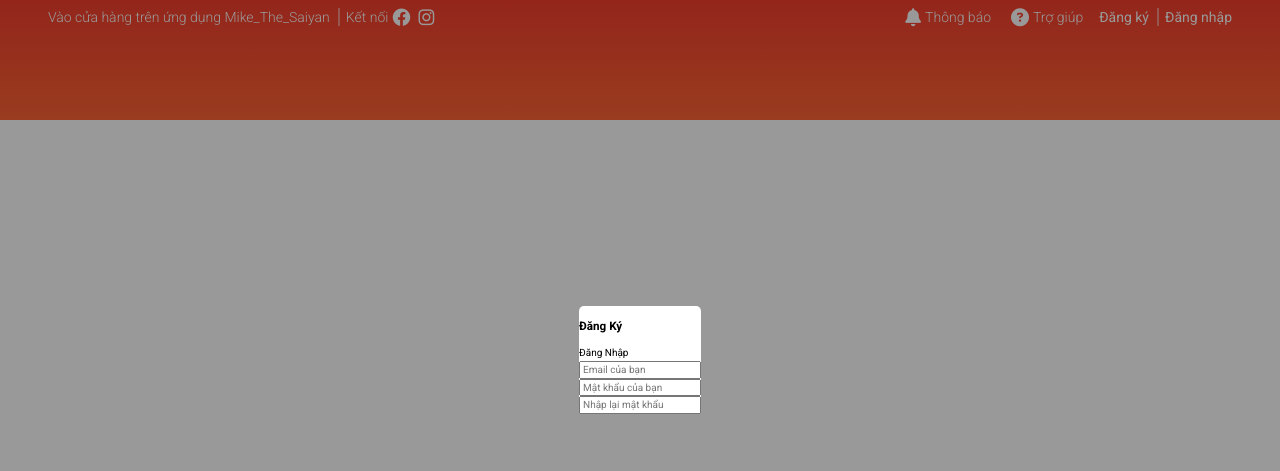
Repository: thefellowshiplotr/project_shopee
Page: index.html
These files come from the project's save history. The page is drawn as it stood at one moment and after the next save; the edit follows.
The browser window is 1280 px wide. The pictures show the whole page.

Above is the page before, as saved 2022-11-07 13:42:51.

### index.html
<!DOCTYPE html>
<html lang="en">
  <head>
    <meta charset="UTF-8" />
    <meta http-equiv="X-UA-Compatible" content="IE=edge" />
    <meta name="viewport" content="width=device-width, initial-scale=1.0" />
    <title>Shopee</title>
    <link
      rel="stylesheet"
      href="https://cdnjs.cloudflare.com/ajax/libs/normalize/8.0.1/normalize.min.css"
      integrity="sha512-NhSC1YmyruXifcj/KFRWoC561YpHpc5Jtzgvbuzx5VozKpWvQ+4nXhPdFgmx8xqexRcpAglTj9sIBWINXa8x5w=="
      crossorigin="anonymous"
      referrerpolicy="no-referrer"
    />
    <link rel="preconnect" href="https://fonts.googleapis.com" />
    <link rel="preconnect" href="https://fonts.gstatic.com" crossorigin />
    <link
      href="https://fonts.googleapis.com/css2?family=Roboto:wght@300;400;500;700&display=swap"
      rel="stylesheet"
    />
    <link rel="stylesheet" href="./assets/css/base.css" />
    <link rel="stylesheet" href="./assets/css/main.css" />
    <link
      rel="stylesheet"
      href="./assets/fonts/fontawesome-free-6.2.0-web/fontawesome-free-6.2.0-web/css/all.min.css"
    />
  </head>
  <body>
    <div class="wrapper">
      <header class="header">
        <div class="grid">
          <nav class="header__navbar">
            <ul class="header__navbar-list">
              <li
                class="header__navbar-item header__navbar-item-has-qr header__navbar-item--separate"
              >
                Vào cửa hàng trên ứng dụng Mike_The_Saiyan

                <!-- Header QR -->
                <div class="header__qr">
                  <img
                    src="./assets/img/QR-shopee.png"
                    alt="QR code"
                    class="header__qr-img"
                  />
                  <div class="header__qr-apps">
                    <a href="" class="header__qr-link">
                      <img
                        src="./assets/img/appstore.png"
                        alt="Appstore"
                        class="header__qr-download-img"
                      />
                    </a>
                    <a href="" class="header__qr-link">
                      <img
                        src="./assets/img/google-play.png"
                        alt="Google Play"
                        class="header__qr-download-img"
                      />
                    </a>
                    <!-- <a href="" class="header__qr-link">
                      <img
                        src="./assets/img/app-galery.png"
                        alt="App Galary"
                        class="header__qr-download-img"
                      />
                    </a> -->
                  </div>
                </div>
              </li>
              <li class="header__navbar-item">
                <span class="header__navbar-title--no-pointer">Kết nối</span>
                <a href="" class="header__navbar-icon-link"
                  ><i class="header__navbar-icon fa-brands fa-facebook"></i
                ></a>
                <a href="" class="header__navbar-icon-link"
                  ><i class="header__navbar-icon fa-brands fa-instagram"></i
                ></a>
              </li>
            </ul>
            <ul class="header__navbar-list">
              <li class="header__navbar-item header__navbar-item--has-notify">
                <a href="" class="header__navbar-item-link">
                  <i class="header__navbar-icon fa-solid fa-bell"></i>
                  Thông báo
                </a>
                <div class="header__notify">
                  <header class="header__notify-header">
                    <h3>Thông báo mới nhận</h3>
                  </header>
                  <ul class="header__notify-list">
                    <li class="header__notify-item header__notify-item--viewed">
                      <a href="" class="header__notify-link">
                        <img
                          src="https://cdn.abphotos.link/photos/resized/200x120/83-1625652146-myphamohui-lgvina.png"
                          alt=""
                          class="header__notify-img"
                        />
                        <div class="header__notify-info">
                          <span class="header__notify-name"
                            >Xác thực chính hãng nguồn gốc các sản phẩm
                            Ohui</span
                          >
                          <span class="header__notify-description"
                            >Hiddentag là giải pháp xác thực hàng chính hãng
                            bằng công nghệ tiên tiến nhất hiện nay</span
                          >
                        </div>
                      </a>
                    </li>
                    <li class="header__notify-item header__notify-item--viewed">
                      <a href="" class="header__notify-link">
                        <img
                          src="https://cdn.abphotos.link/photos/resized/200x120/1653708536-php4dvzf5.png"
                          alt=""
                          class="header__notify-img"
                        />
                        <div class="header__notify-info">
                          <span class="header__notify-name"
                            >Kem trắng da Ohui có tốt không? Review kem dưỡng
                            trắng da OHUI Extreme White chi tiết</span
                          >
                          <span class="header__notify-description"
                            >Sản phẩm là sự lựa chọn hoàn hảo cho các quý cô
                            đang gặp vấn đề nám, tàn nhang, thâm sạm,…</span
                          >
                        </div>
                      </a>
                    </li>
                    <li class="header__notify-item header__notify-item--viewed">
                      <a href="" class="header__notify-link">
                        <img
                          src="https://cdn.abphotos.link/photos/resized/200x120/1653706577-phpmugy75.png"
                          alt=""
                          class="header__notify-img"
                        />
                        <div class="header__notify-info">
                          <span class="header__notify-name"
                            >Review kem chống nắng OHUI cho da dầu - OHUI Day
                            Shield Perfect Sun Black</span
                          >
                          <span class="header__notify-description"
                            >Sản phẩm kem chống nắng OHUI Perfect Sun Black
                            chống nước có thể sử dụng đi bơi hoặc hoạt động
                            ngoài trời.</span
                          >
                        </div>
                      </a>
                    </li>
                  </ul>
                  <footer class="header__notify-footer">
                    <a href="" class="header__notify-footer-btn">Xem tất cả</a>
                  </footer>
                </div>
              </li>
              <li class="header__navbar-item">
                <a href="" class="header__navbar-item-link">
                  <i
                    class="header__navbar-icon fa-solid fa-circle-question"
                  ></i>
                  Trợ giúp
                </a>
              </li>
              <li
                class="header__navbar-item header__navbar-item--strong header__navbar-item--separate"
              >
                Đăng ký
              </li>
              <li class="header__navbar-item header__navbar-item--strong">
                Đăng nhập
              </li>
            </ul>
          </nav>
        </div>
      </header>

      <div class="container"></div>

      <footer class="footer"></footer>
    </div>

    <!-- Modal Layout -->

    <div class="modal">
      <div class="modal__overlay"></div>
      <div class="modal__body">
        <div class="modal__inner">
          <!-- Authen form -->

          <div class="auth-form">
            <div class="auth-form__header">
              <h3 class="auth-form__heading">Đăng Ký</h3>
              <span class="auth-form__switch-btn">Đăng Nhập</span>
            </div>

            <div class="auth-form__form">
              <div class="auth-form__group">
                <input
                  type="text"
                  class="auth-form__input"
                  placeholder="Email của bạn"
                />
              </div>
              <div class="auth-form__group">
                <input
                  type="password"
                  class="auth-form__input"
                  placeholder="Mật khẩu của bạn"
                />
              </div>
              <div class="auth-form__group">
                <input
                  type="password"
                  class="auth-form__input"
                  placeholder="Nhập lại mật khẩu"
                />
              </div>
            </div>
          </div>
        </div>
      </div>
    </div>
  </body>
</html>

### assets/css/base.css
:root {
  --primary-color: #ee4d2d;
  --white-color: #fff;
  --black-color: #000;
  --text-color: #333;
}

* {
  box-sizing: inherit;
}

html {
  font-size: 62.5%; /* Sử dụng kĩ thuật HACK*/
  line-height: 1.6rem;
  font-family: "Roboto", sans-serif;
  box-sizing: border-box;
}

.grid {
  width: 1200px;
  max-width: 100%;
  margin: 0 auto;
}

.grid__full-width {
  width: 100%;
}

.grid__row {
  display: flex;
  flex-wrap: wrap;
}

/* Animation */
@keyframes fadeIn {
  from {
    opacity: 0;
  }
  to {
    opacity: 1;
  }
}

/* Modal */
.modal {
  position: fixed;
  top: 0;
  right: 0;
  bottom: 0;
  left: 0;
  display: flex;
}

.modal__overlay {
  position: absolute;
  width: 100%;
  height: 100%;
  background-color: rgba(0, 0, 0, 0.4);
}

.modal__body {
  background-color: var(--white-color);
  margin: auto;
  position: relative;
  z-index: 1;
  border-radius: 5px;
}

### assets/css/main.css
.header {
  height: 120px;
  background-image: linear-gradient(0, #fe6433, #f53e2d);
}

.header__navbar {
  display: flex;
  justify-content: space-between;
  align-items: center;
}

.header__navbar-list {
  list-style: none;
  padding-left: 0;
  margin-top: 4px;
  display: flex; /* thêm */
  align-items: center;
}

.header__navbar-item {
  margin: 0 8px;
  position: relative;
  min-height: 25px;
}

.header__navbar-item-has-qr:hover .header__qr {
  display: block;
}

.header__navbar-item--has-notify:hover .header__notify {
  display: block;
}

.header__navbar-item,
.header__navbar-item-link {
  display: inline-block;
  font-size: 1.4rem;
  color: var(--white-color);
  text-decoration: none;
  font-weight: 300;
}

.header__navbar-item,
.header__navbar-item-link,
.header__navbar-icon-link {
  display: inline-flex;
  align-items: center;
}

.header__navbar-item:hover,
.header__navbar-item-link:hover,
.header__navbar-icon-link:hover {
  cursor: pointer;
  color: rgba(255, 255, 255, 0.7);
}

.header__navbar-item--strong {
  font-weight: 400;
}

.header__navbar-item--separate::after {
  content: "";
  display: block;
  position: absolute;
  border: 1px solid #fb9086;
  height: 16px;
  right: -10px;
  top: 50%;
  transform: translateY(-50%);
}

.header__navbar-icon-link {
  color: var(--white-color);
  text-decoration: none;
}

.header__navbar-icon {
  font-size: 1.8rem;
  margin: 0 4px;
}

.header__navbar-title--no-pointer {
  cursor: text;
  color: var(--white-color);
}

/* Header QR code*/
.header__qr {
  width: 186px;
  background-color: var(--white-color);
  position: absolute;
  left: 0;
  top: 118%; /* làm cho nó cao bằng 100% chiều cao của thằng chứa nó*/
  padding: 8px;
  border-radius: 2px;
  display: none;
  animation: fadeIn ease-in 0.4s;
}

.header__qr::before {
  position: absolute;
  left: 0;
  top: -16px;
  width: 100%;
  height: 20px;
  content: "";
  display: block;
}

.header__qr-img {
  width: 100%;
}

.header__qr-apps {
  display: flex;
  justify-content: space-between;
  flex-wrap: wrap;
  margin-top: 5px;
}

.header__qr-link:nth-child(1) {
  margin-left: 9px;
}

.header__qr-link:nth-child(2) {
  margin-right: 9px;
}
.header__qr-link:nth-child(3) {
  margin-left: 8px;
  margin-top: 8px;
}

.header__qr-download-img {
  height: 16px;
}

/* header notification */

.header__notify {
  position: absolute;
  margin-top: 5px;
  top: 100%;
  width: 404px;
  right: 0;
  border: 1px solid #d3d3d3;
  background-color: var(--white-color);
  cursor: default;
  transform-origin: calc(100% - 20px) top;
  animation: headerNotifyGrowth ease-in 0.2s;
  will-change: opacity, transform;
  display: none;
}

.header__notify::before {
  content: "";
  border-width: 20px 27px;
  border-style: solid;
  border-color: transparent transparent var(--white-color) transparent;
  position: absolute;
  right: 0px;
  top: -27px;
}

.header__notify::after {
  content: "";
  display: block;
  position: absolute;
  width: 90px;
  height: 20px;
  right: 0;
  top: -16px;
}

@keyframes headerNotifyGrowth {
  from {
    opacity: 0;
    transform: scale(0);
  }
  to {
    opacity: 1;
    transform: scale(1);
  }
}

.header__notify-header {
  height: 40px;
  background-color: var(--white-color);
}

.header__notify-header h3 {
  color: #999;
  margin: 0 0 0 12px;
  font-weight: 400;
  font-size: 1.4rem;
  line-height: 40px;
  user-select: none;
  -webkit-user-select: none;
}

.header__notify-list {
  padding-left: 0;
}

.header__notify-item {
  display: flex;
}

.header__notify-item:hover {
  background-color: #f7f7f7;
}

.header__notify-item--viewed {
  background-color: rgba(238, 75, 43, 0.08);
}

.header__notify-link {
  display: flex;
  width: 100%;
  padding: 12px;
  text-decoration: none;
}

.header__notify-img {
  width: 48px;
  object-fit: contain;
}

.header__notify-info {
  margin-left: 12px;
}

.header__notify-name {
  display: block;
  color: var(--text-color);
  font-size: 1.4rem;
  font-weight: 400;
  line-height: calc(2 / 1.4);
}

.header__notify-description {
  display: block;
  font-size: 1.2rem;
  line-height: calc(1.8 / 1.2);
  color: #756f6e;
  margin-top: 4px;
}

.header__notify-footer {
  display: flex;
}

.header__notify-footer-btn {
  text-decoration: none;
  color: var(--text-color);
  width: 100%;
  padding: 8px 0;
  text-align: center;
  font-size: 1.4rem;
  font-weight: 400;
}

Loaded but not shown: assets/fonts/fontawesome-free-6.2.0-web/fontawesome-free-6.2.0-web/css/all.min.css (library)

After the next save:
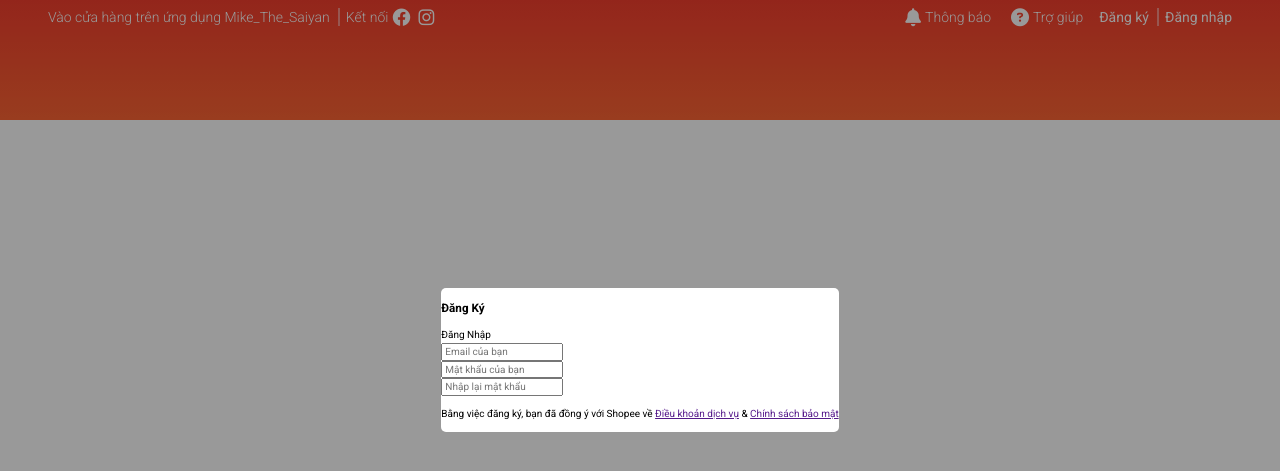
Saved 3 min 4 s later.
--- a/index.html
+++ b/index.html
@@ -216,6 +216,17 @@
                 />
               </div>
             </div>
+
+            <div class="auth-form__aside">
+              <p class="auth-form__policy-text">
+                Bằng việc đăng ký, bạn đã đồng ý với Shopee về
+                <a href="" class="auth-formm__policy-link"
+                  >Điều khoản dịch vụ</a
+                >
+                &
+                <a href="" class="auth-form__policy-link">Chính sách bảo mật</a>
+              </p>
+            </div>
           </div>
         </div>
       </div>
